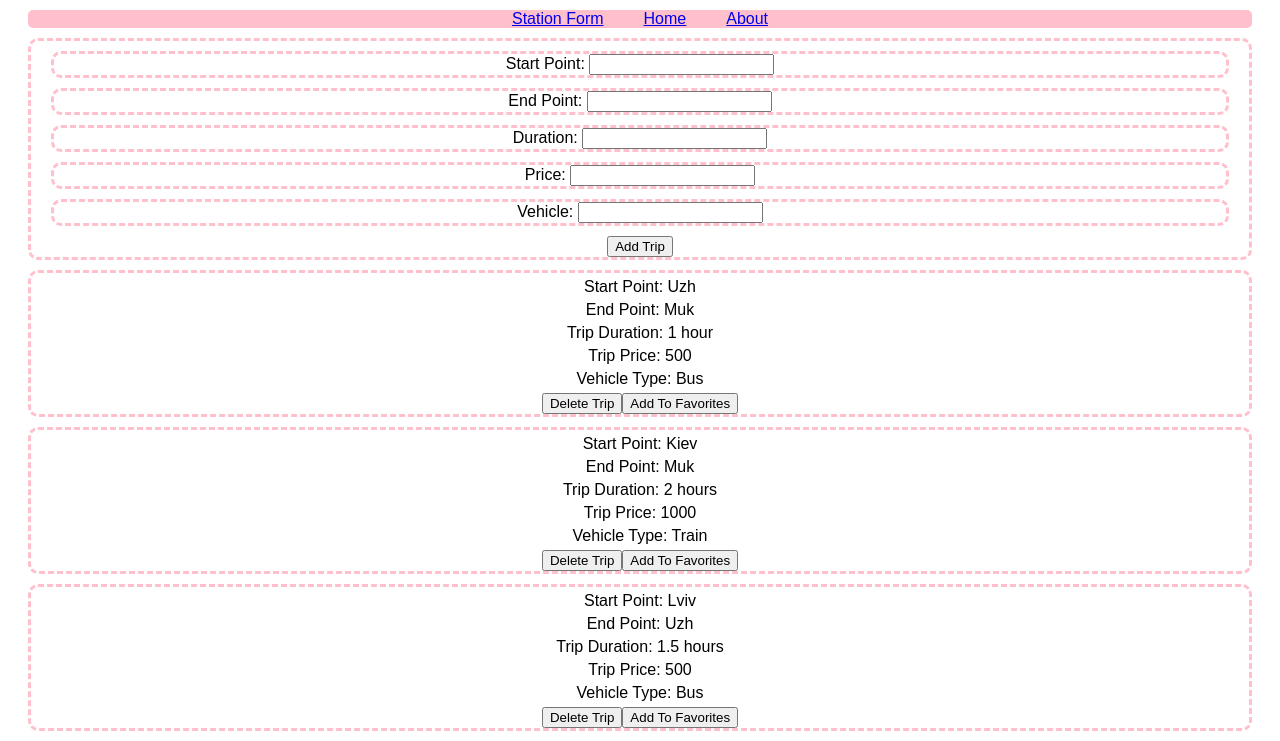
Repository: rutsguifd/mkr2
Page: /#/station-form
These files come from the project's save history. The page is drawn as it stood at one moment and after the next save; the edit follows.
The browser window is 1280 px wide. The pictures show the whole page.
The project was rebuilt for these pictures with package versions that can differ from the ones it lists, and the page was loaded fresh each time. Also part of the build but not shown: src/views/Home.vue, src/views/About.vue, src/components/FavoriteTrips.vue.

Above is the page before, as saved 2021-12-21 23:21:48.

After the next save:
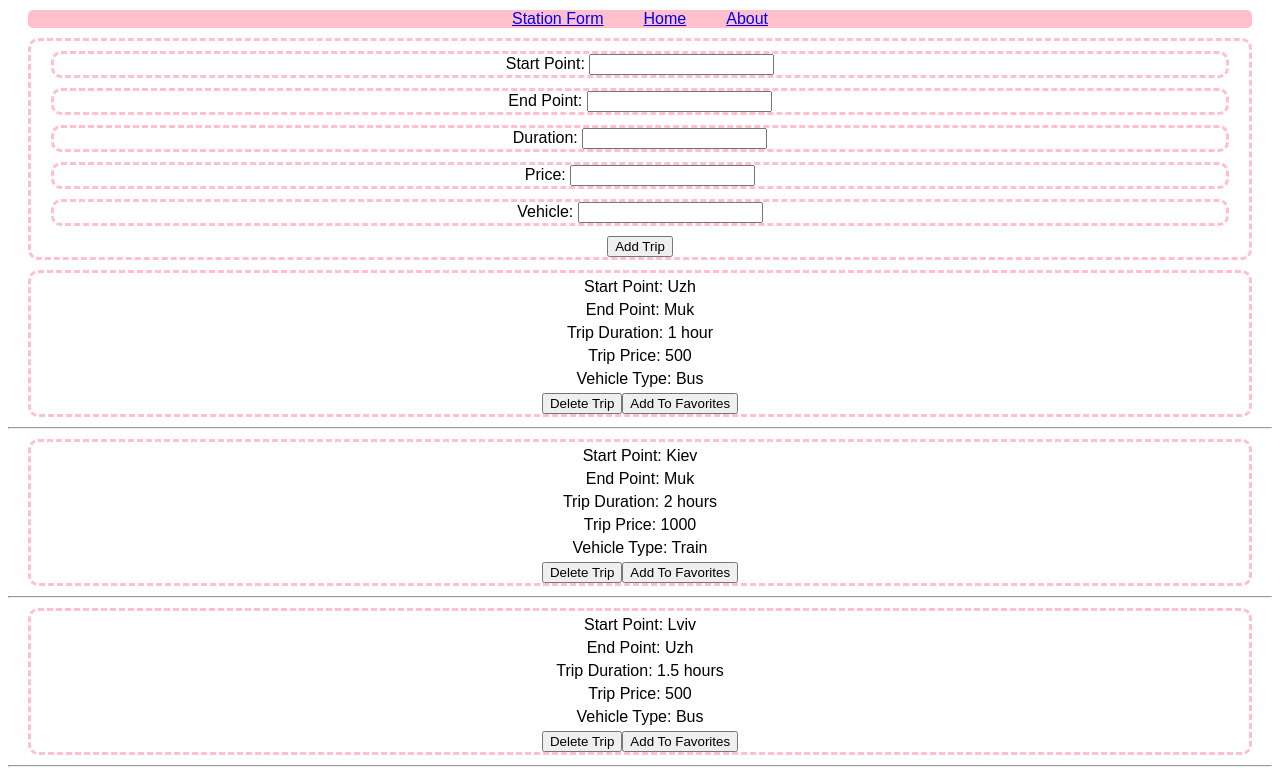
Saved 34 s later.
--- a/src/components/TripCard.vue
+++ b/src/components/TripCard.vue
@@ -9,6 +9,7 @@
       <button @click="del(ind)">Delete Trip</button>
       <button @click="favorite">Add To Favorites</button>
     </div>
+    <hr>
   </div>
 </template>
 
